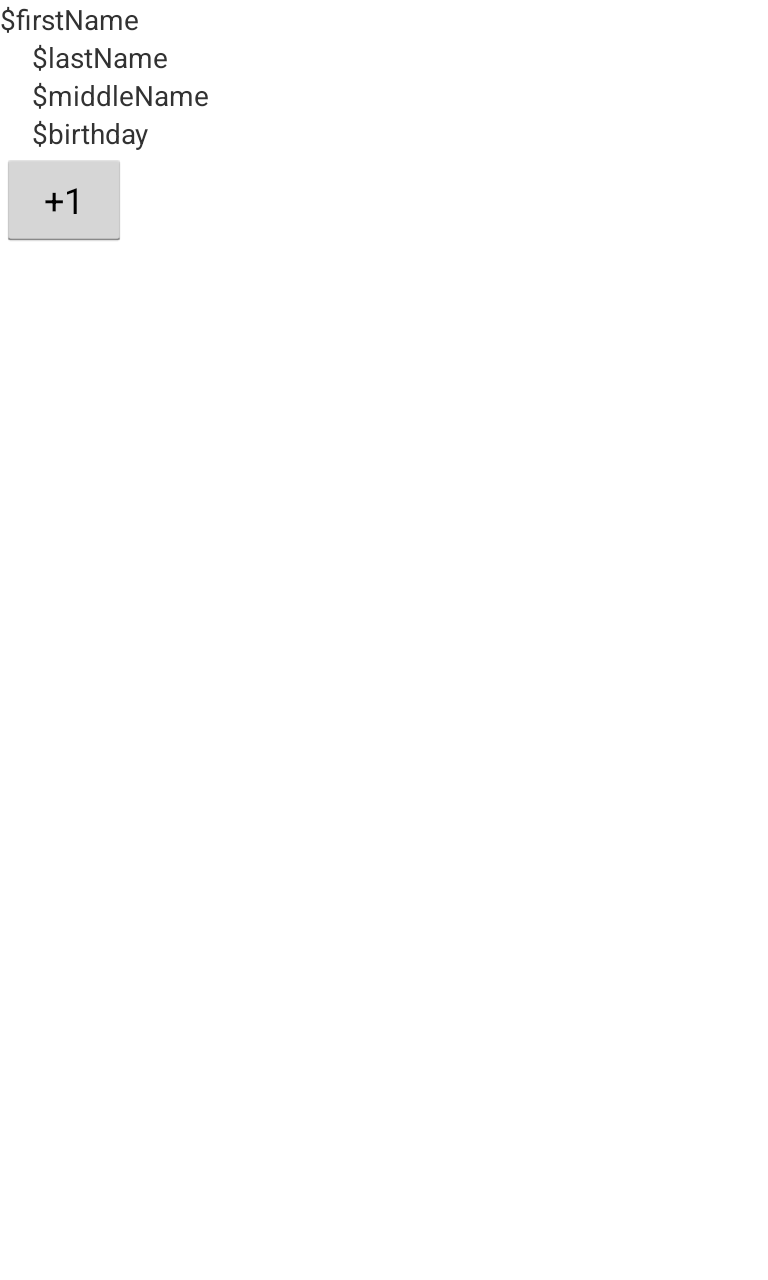
Repository: egslava/android-net-list-utils
Layout: NetUtilsSamples/res/layout/person.xml
An editor plug-in stored every save of this project. The layout is shown before and after the next save, followed by the edit.
It is drawn on a 768 x 1280 px phone screen (xhdpi) without system bars, with theme AppTheme; the app's code is not run.

Above is the layout before, as saved 2013-10-14 11:51:57.

### NetUtilsSamples/res/layout/person.xml
<?xml version="1.0" encoding="utf-8"?>
<LinearLayout xmlns:android="http://schemas.android.com/apk/res/android"
    android:layout_width="match_parent"
    android:layout_height="match_parent"
    android:orientation="vertical" >

    <TextView
        android:id="@+id/$firstName"
        android:layout_width="wrap_content"
        android:layout_height="wrap_content"
        android:text="$firstName" />

    <TextView
        android:id="@+id/$lastName"
        android:layout_width="wrap_content"
        android:layout_height="wrap_content"
        android:text="$lastName"
        android:layout_marginLeft="@dimen/activity_horizontal_margin"/>

    <TextView
        android:id="@+id/$middleName"
        android:layout_width="wrap_content"
        android:layout_height="wrap_content"
        android:text="$middleName"
        android:layout_marginLeft="@dimen/activity_horizontal_margin" />

    <TextView
        android:id="@+id/$birthday"
        android:layout_width="wrap_content"
        android:layout_height="wrap_content"
        android:text="$birthday"
        android:layout_marginLeft="@dimen/activity_horizontal_margin"
        android:tag="(dd.MM.yyyy)" />

    <Button
        android:id="@+id/plus1"
        android:layout_width="wrap_content"
        android:layout_height="wrap_content"
        android:text="+1" />

</LinearLayout>

Loaded but not shown: NetUtilsSamples/res/values/styles.xml (common file); NetUtilsSamples/res/values-v11/styles.xml (common file); NetUtilsSamples/res/values-v14/styles.xml (common file); NetUtilsSamples/res/values/dimens.xml (common file)

After the next save:
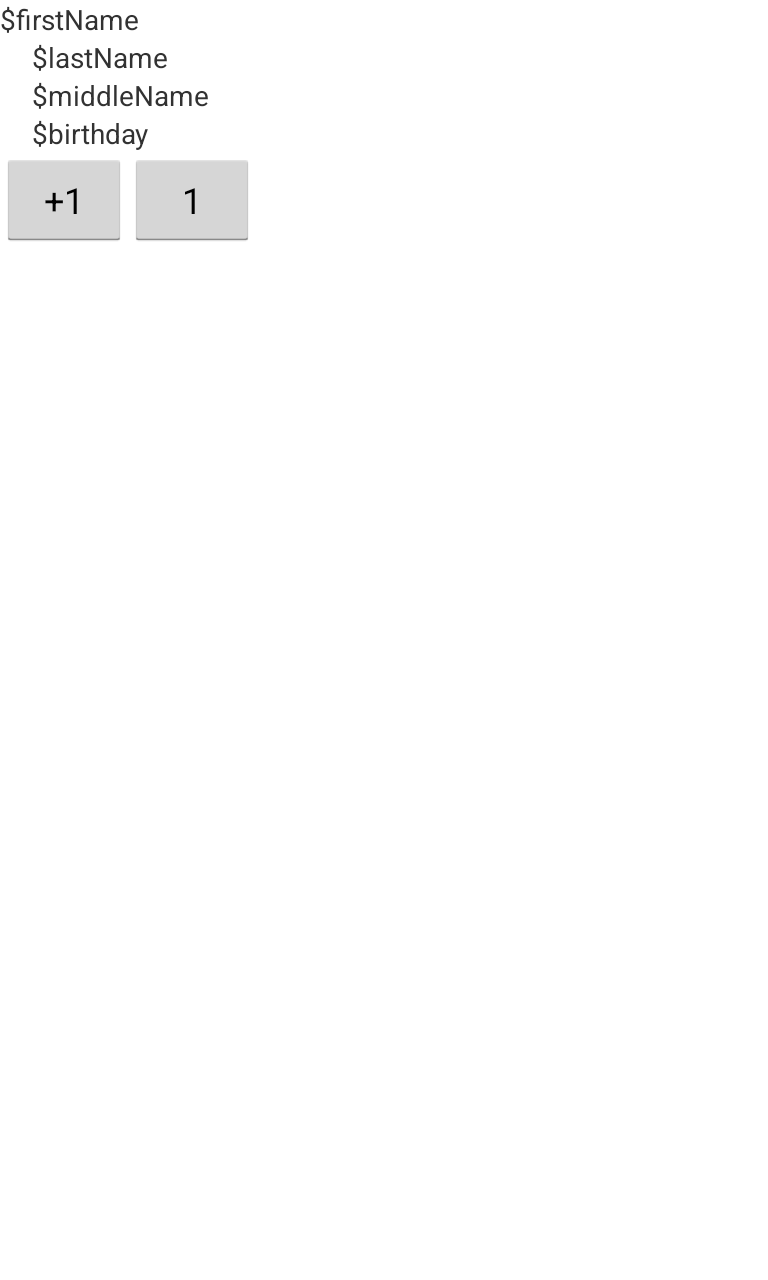
Saved 35 s later.
--- a/NetUtilsSamples/res/layout/person.xml
+++ b/NetUtilsSamples/res/layout/person.xml
@@ -32,10 +32,21 @@
         android:layout_marginLeft="@dimen/activity_horizontal_margin"
         android:tag="(dd.MM.yyyy)" />
 
-    <Button
-        android:id="@+id/plus1"
-        android:layout_width="wrap_content"
-        android:layout_height="wrap_content"
-        android:text="+1" />
+    <LinearLayout
+        android:layout_width="match_parent"
+        android:layout_height="wrap_content" >
+
+        <Button
+            android:id="@+id/plus"
+            android:layout_width="wrap_content"
+            android:layout_height="wrap_content"
+            android:text="+1" />
+
+        <Button
+            android:id="@+id/minus"
+            android:layout_width="wrap_content"
+            android:layout_height="wrap_content"
+            android:text="1" />
+    </LinearLayout>
 
 </LinearLayout>
